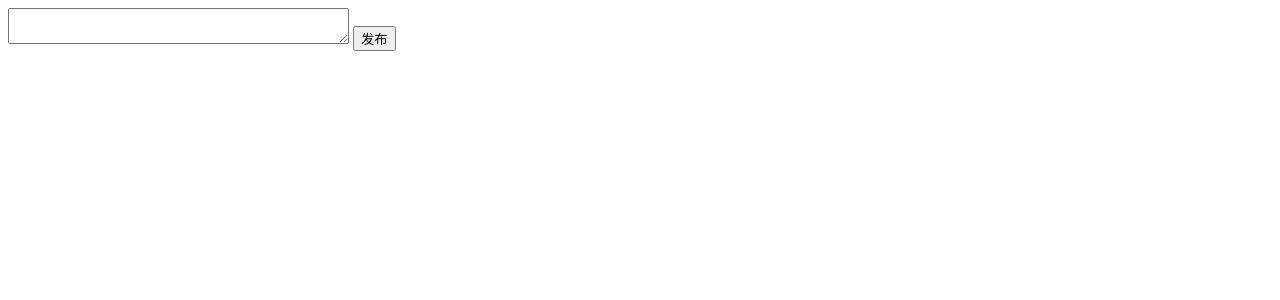
Repository: Sky0258/study
Page: js/9.发布留言案例.html
These files come from the project's save history. The page is drawn as it stood at one moment and after the next save; the edit follows.
The browser window is 1280 px wide. The pictures show the whole page.

Above is the page before, as saved 2022-09-11 17:10:03.

After the next save:
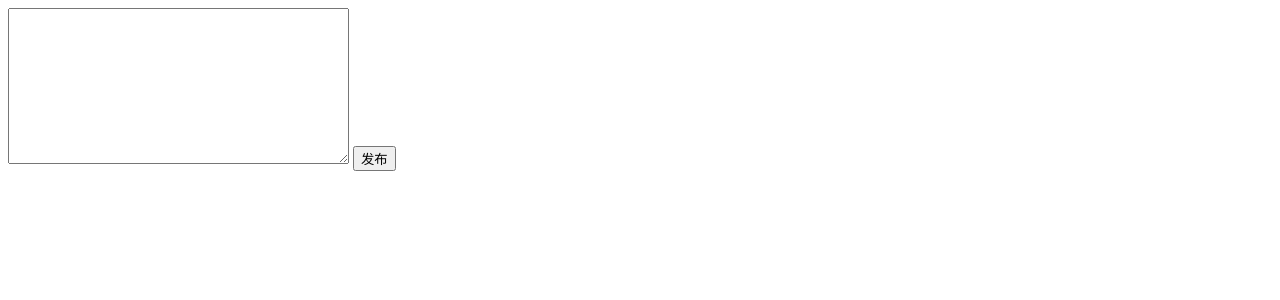
Saved 21 s later.
--- a/js/9.发布留言案例.html
+++ b/js/9.发布留言案例.html
@@ -8,7 +8,7 @@
     <title>Document</title>
 </head>
 <body>
-    <textarea cols="40" ></textarea>
+    <textarea cols="40" rows="10"></textarea>
     <button>发布</button>
 </body>
 </html>
